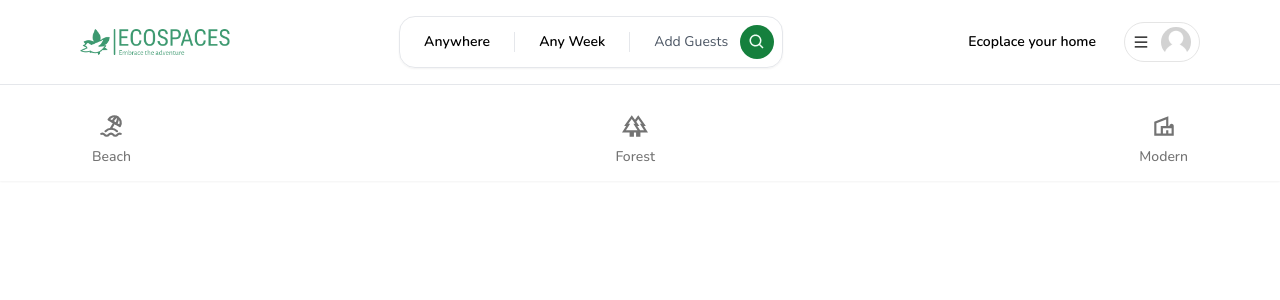
Repository: LubegaH/Ecospaces
Page: /
The author's editor kept a copy of each file at every save. The page is drawn from the files as they stood at one save, then again after the next save.
The browser window is 1280 px wide. The pictures show the whole page.
The page's requests for data from a server got no answer. The project was rebuilt for these pictures with package versions that can differ from the ones it lists, and the page was loaded fresh each time. The framework's server and built-in components were replaced by stand-ins that run in the browser. No one was signed in, and anything a server would have sent is missing. Also part of the build but not shown: next.config.js, app/components/nabar/MenuItem.tsx, app/components/Button.tsx, app/components/modals/Modal.tsx, app/components/Heading.tsx, app/components/input/Input.tsx.

Above is the page before, as saved 2023-08-11 18:59:30.

### app/layout.tsx
import './globals.css';
import { Nunito } from 'next/font/google';
import React from 'react';
import Navbar from '@/app/components/nabar/Navbar';
import ClientOnly from '@/app/components/ClientOnly';
import RegisterModel from '@/app/components/modals/RegisterModel';
import Modal from '@/app/components/modals/Modal';
import ToasterProvider from './providers/ToasterProvider';
import LoginModel from './components/modals/LoginModel';
import getCurrentUser from './actions/getCurrentUser';

const nunito = Nunito({ subsets: ['latin'] });

export const metadata = {
  title: 'Ecospaces',
  description: 'The quickest way to find lodges',
};

export default async function RootLayout({
  children,
}: {
  children: React.ReactNode;
}) {
  const currentUser = await getCurrentUser();
  return (
    <html lang='en'>
      <body className={nunito.className}>
        <ClientOnly>
          {/*<Modal title={'Hello World'} isOpen actionLabel="Sign In"/>*/}
          <ToasterProvider />
          <RegisterModel />
          <LoginModel />
          <Navbar currentUser={currentUser} />
        </ClientOnly>

        {children}
      </body>
    </html>
  );
}

### app/components/nabar/Navbar.tsx
'use client';
import Container from '../Container';
import Logo from '@/app/components/nabar/Logo';
import Search from '@/app/components/nabar/Search';
import UserMenu from '@/app/components/nabar/UserMenu';
import { SafeUser } from '@/app/types';
import Categories from './Categories';

interface NavbarProps {
  currentUser?: SafeUser | null;
}

const Navbar: React.FC<NavbarProps> = ({ currentUser }) => {
  return (
    <div className='fixed w-full bg-white z-10 shadow-sm'>
      <div className='py-4 border-b-[1px]'>
        <Container>
          <div
            className='
                    flex
                    flex-row
                    items-center
                    justify-between
                    gap-3
                    md:gap-0'
          >
            <Logo />
            <Search />
            <UserMenu currentUser={currentUser} />
          </div>
        </Container>
      </div>
      <Categories />
    </div>
  );
};

export default Navbar;

### app/components/ClientOnly.tsx
'use client';

import React, {useEffect, useState} from "react";

interface ClientOnlyProps{
    children: React.ReactNode;
}

const ClientOnly: React.FC<ClientOnlyProps> = ({children}) => {
    const [hasMounted, setHasMounted] = useState(false)

    useEffect(() => {
        setHasMounted(true)
    }, []);

    if(!hasMounted) {
        return null;
    }
    return(
        <>
            {children}
        </>
    )
}

export default ClientOnly

### app/components/modals/RegisterModel.tsx
'use client';

/**
 * RegisterModel Component
 *
 * A component for the registration modal in the application.
 *
 * Props:
 * - None
 *
 * Usage:
 * ```tsx
 * <RegisterModel />
 * ```
 */

import axios from 'axios';
import { AiFillGithub } from 'react-icons/ai';
import { FcGoogle } from 'react-icons/fc';
import { useState, useCallback } from 'react';
import {
  FieldValue,
  FieldValues,
  SubmitHandler,
  useForm,
} from 'react-hook-form';
import useRegisterModal from '@/app/hooks/useRegisterModal';
import Modal from './Modal';
import Heading from '../Heading';
import Input from '../input/Input';
import { toast } from 'react-hot-toast';
import Button from '../Button';
import { signIn } from 'next-auth/react';

/**
 * RegisterModel Component
 *
 * A component for the registration modal in the application.
 *
 * @returns The RegisterModel component.
 */

const RegisterModel = () => {
  const registerModal = useRegisterModal();
  const [isLoading, setIsLoading] = useState(false);

  /**
   * React Hook Form configuration
   */
  const {
    register,
    handleSubmit,
    formState: { errors },
  } = useForm<FieldValues>({
    defaultValues: {
      name: '',
      email: '',
      password: '',
    },
  });

  /**
   * Form submission handler
   *
   * @param data - The form data submitted by the user.
   */
  const onSubmit: SubmitHandler<FieldValues> = (data) => {
    setIsLoading(true);
    axios
      .post('/api/register', data)
      .then(() => {
        // Registration successful
        registerModal.onClose();
      })
      .then(() => {
        registerModal.onClose();
      })
      .catch((error) => {
        // Error occurred during registration
        toast.error('Oops! Something went wrong...');
      })
      .finally(() => {
        // Reset loading state
        setIsLoading(false);
      });
  };

  /**
   * JSX content for the modal body
   */
  const bodyContent = (
    <div className='flex flex-col gap-4'>
      <Heading title='Welcome to Ecospaces' subtitle='Create an account' />
      <Input
        id='email'
        register={register}
        label='Email'
        disabled={isLoading}
        errors={errors}
        required
      />
      <Input
        id='name'
        register={register}
        label='Name'
        disabled={isLoading}
        errors={errors}
        required
      />
      <Input
        id='password'
        type='password'
        register={register}
        label='Password'
        disabled={isLoading}
        errors={errors}
        required
      />
    </div>
  );

  const footerContent = (
    <div className='flex flex-col gap-4 mt-3'>
      <hr />
      {/* TODO: Fix github-auth error */}
      <Button
        outline
        label='Continue with Google'
        icon={FcGoogle}
        onClick={() => signIn('google')}
      />
      {/* TODO: Fix google-auth error */}
      <Button
        outline
        label='Continue with Github'
        icon={AiFillGithub}
        onClick={() => signIn('github')}
      />
      <div className='text-neutral-500 text-center mt-4 font-light'>
        <div className='flex flex-row items-center gap-2 justify-center'>
          <div>Already have an account?</div>
          <div
            onClick={registerModal.onClose}
            className='text-green-700 cursor-pointer hover:underline font-semibold'
          >
            Log in
          </div>
        </div>
      </div>
    </div>
  );

  return (
    <Modal
      isOpen={registerModal.isOpen}
      disabled={isLoading}
      title='Register'
      actionLabel='Continue'
      onClose={registerModal.onClose}
      onSubmit={handleSubmit(onSubmit)}
      body={bodyContent}
      footer={footerContent}
    />
  );
};

export default RegisterModel;

### app/components/modals/LoginModel.tsx
'use client';

import axios from 'axios';
import { AiFillGithub } from 'react-icons/ai';
import { FcGoogle } from 'react-icons/fc';
import { useState, useCallback } from 'react';
import {
  FieldValue,
  FieldValues,
  SubmitHandler,
  useForm,
} from 'react-hook-form';
import useRegisterModal from '@/app/hooks/useRegisterModal';
import useLoginModel from '@/app/hooks/useLoginModal';
import Modal from './Modal';
import Heading from '../Heading';
import Input from '../input/Input';
import { toast } from 'react-hot-toast';
import Button from '../Button';
import { signIn } from 'next-auth/react';
import { useRouter } from 'next/navigation';

/**
 * LoginModel Component
 *
 * A component for the registration modal in the application.
 *
 * @returns The LoginModel component.
 */

const LoginModel = () => {
  const registerModal = useRegisterModal();
  const loginModal = useLoginModel();
  const [isLoading, setIsLoading] = useState(false);
  const router = useRouter();

  /**
   * React Hook Form configuration
   */
  const {
    register,
    handleSubmit,
    formState: { errors },
  } = useForm<FieldValues>({
    defaultValues: {
      email: '',
      password: '',
    },
  });

  /**
   * Form submission handler
   *
   * @param data - The form data submitted by the user.
   */
  const onSubmit: SubmitHandler<FieldValues> = (data) => {
    setIsLoading(true);

    signIn('credentials', {
      ...data,
      redirect: false,
    }).then((callback) => {
      setIsLoading(false);

      if (callback?.ok) {
        toast.success('You are in!');
        router.refresh();
        loginModal.onClose();
      }

      if (callback?.error) {
        toast.error(callback.error);
      }
    });
  };

  /**
   * JSX content for the modal body
   */
  const bodyContent = (
    <div className='flex flex-col gap-4'>
      <Heading
        title='Happy to see you back!'
        subtitle='Login to your account'
      />
      <Input
        id='email'
        register={register}
        label='Email'
        disabled={isLoading}
        errors={errors}
        required
      />
      <Input
        id='password'
        type='password'
        register={register}
        label='Password'
        disabled={isLoading}
        errors={errors}
        required
      />
    </div>
  );

  const footerContent = (
    <div className='flex flex-col gap-4 mt-3'>
      <hr />
      <Button
        outline
        label='Continue with Google'
        icon={FcGoogle}
        onClick={() => signIn('google')}
      />
      <Button
        outline
        label='Continue with Github'
        icon={AiFillGithub}
        onClick={() => signIn('github')}
      />
      <div className='text-neutral-500 text-center mt-4 font-light'>
        <div className='flex flex-row items-center gap-2 justify-center'>
          <div>Already have an account?</div>
          <div
            onClick={registerModal.onClose}
            className='text-green-700 cursor-pointer hover:underline font-semibold'
          >
            Log in
          </div>
        </div>
      </div>
    </div>
  );

  return (
    <Modal
      isOpen={loginModal.isOpen}
      disabled={isLoading}
      title='Login'
      actionLabel='Continue'
      onClose={loginModal.onClose}
      onSubmit={handleSubmit(onSubmit)}
      body={bodyContent}
      footer={footerContent}
    />
  );
};

export default LoginModel;

### app/actions/getCurrentUser.ts
import { getServerSession } from 'next-auth/next';
import { authOptions } from '@/pages/api/auth/[...nextauth]';
import prisma from '@/app/libs/prismadb';

export async function getSession() {
  return await getServerSession(authOptions);
}

export default async function getCurrentUser() {
  try {
    const session = await getSession();

    if (!session?.user?.email) {
      return null;
    }

    const currentUser = await prisma.user.findUnique({
      where: {
        email: session.user.email as string,
      },
    });

    if (!currentUser) {
      return null;
    }
    return {
      ...currentUser,
      createdAt: currentUser.createdAt.toISOString(),
      updatedAt: currentUser.updatedAt.toISOString(),
      emailVerified: currentUser.emailVerified?.toISOString() || null,
    };
  } catch (error: any) {
    return null;
  }
}

### app/components/Container.tsx
'use client';

import React from "react";

interface ContainerProps {
    children: React.ReactNode
}
const Container: React.FC<ContainerProps> = ({children}) => {
    return (
        <div className="max-w-[2520px]
        mx-auto
        xl:px-20
        md:px-10
        sm:px-2
        px-4"> {children}</div>
    )
}

export default Container;

### app/components/nabar/Logo.tsx
'use client'

import Image from 'next/image'
import {useRouter} from "next/navigation";

const Logo = () => {
    const router = useRouter()

    return (
        <Image
            src="/images/ecospace_logo.png"
            alt="Logo"
            className="hidden md:block cursor-pointer"
            width="150"
            height="150"
        />
    )
}

export default Logo

### app/components/nabar/Search.tsx
'use client'

import {BiSearch} from "react-icons/bi";

const Search = () => {

    return (
        <div className="
        border-[1px]
        w-full
        md:w-auto
        py-2
        rounded-2xl
        shadow-sm
        hover:shadow-md
        transition
        cursor-pointer">

            <div className="flex flex-row items-center justify-between">
                <div className="text-sm font-semibold px-6">Anywhere</div>
                <div className="
                hidden
                sm:block
                text-sm
                font-semibold
                px-6
                border-x-[1px]
                flex-1
                text-center">
                    Any Week
                </div>
                <div className="
                text-sm
                pl-6
                pr-2
                text-gray-600
                flex
                flex-row
                items-center
                gap-3">
                    <div className="hidden sm:block">Add Guests</div>
                    <div className="p-2 bg-green-700 rounded-full text-green-50">
                        <BiSearch size={18}/>
                    </div>
                </div>
            </div>
        </div>
    );
}

export default Search

### app/components/nabar/UserMenu.tsx
'use client';

import { AiOutlineMenu } from 'react-icons/ai';
import Avatar from '@/app/components/Avatar';
import React, { useCallback, useState } from 'react';
import MenuItem from '@/app/components/nabar/MenuItem';
import useRegisterModel from '@/app/hooks/useRegisterModal';
import useLoginModel from '@/app/hooks/useLoginModal';
import { signOut } from 'next-auth/react';
import { SafeUser } from '@/app/types';

interface UserMenuProps {
  currentUser?: SafeUser | null;
}

const UserMenu: React.FC<UserMenuProps> = ({ currentUser }) => {
  const [isOpen, setIsOpen] = useState(false);
  const regiserModal = useRegisterModel();
  const loginModal = useLoginModel();

  const toggleOpen = useCallback(() => {
    setIsOpen((value) => !value);
  }, []);

  return (
    <div className='relative'>
      <div className='flex flex-row items-center gap-3'>
        <div
          className='
                hidden
                md:block
                text-sm
                font-semibold
                py-3
                px-4
                rounded-full
                hover:bg-neutral-100
                transition
                cursor-pointer'
          onClick={() => {}}
        >
          Ecoplace your home
        </div>
        <div
          onClick={toggleOpen}
          className='
                p-4
                md:py-1
                md:px-2
                border-[1px]
                border-neutral-200
                flex
                flex-row
                items-center
                gap-3
                rounded-full
                cursor-pointer
                hover:shadow-md
                transtion'
        >
          <AiOutlineMenu />
          <div className='hidden md:block'>
            <Avatar src={currentUser?.image} />
          </div>
        </div>
      </div>
      {isOpen && (
        <div
          className='
                absolute
                rounded-xl
                shadow-md
                w-[40vw]
                md:w-3/4
                bg-white
                overflow-hidden
                right-0
                top-12
                text-sm'
        >
          <div className='flex flex-col cursor-pointer'>
            {currentUser ? (
              <>
                <MenuItem onClick={() => {}} label='My trips' />
                <MenuItem onClick={() => {}} label='My favorites' />
                <MenuItem onClick={() => {}} label='My reservations' />
                <MenuItem onClick={() => {}} label='My properties' />
                <MenuItem onClick={() => {}} label='Ecoplace my home' />
                <hr />
                <MenuItem onClick={() => signOut()} label='Logout' />
              </>
            ) : (
              <>
                <MenuItem onClick={loginModal.onOpen} label='Login' />
                <MenuItem onClick={regiserModal.onOpen} label='Sign Up' />
              </>
            )}
          </div>
        </div>
      )}
    </div>
  );
};

export default UserMenu;

### app/components/nabar/Categories.tsx
import Container from '../Container';
import { TbBeach } from 'react-icons/tb';

import { MdOutlineVilla } from 'react-icons/md';
import { MdOutlineForest } from 'react-icons/md';

import CategoryBox from '../CategoryBox';
import { usePathname, useSearchParams } from 'next/navigation';

export const categories = [
  {
    label: 'Beach',
    icon: TbBeach,
    description: 'Close to the beach, you will enjoy the breeze',
  },
  {
    label: 'Forest',
    icon: MdOutlineForest,
    description: 'Interesting property with a windmill',
  },
  {
    label: 'Modern',
    icon: MdOutlineVilla,
    description: 'Modern villa for the 21st century',
  },
];

const Categories = () => {
  const params = useSearchParams();
  const category = params?.get('category');
  const pathName = usePathname();

  const isMainPage = pathName === '/';
  if (!isMainPage) {
    return null;
  }

  return (
    <Container>
      <div
        className='
            pt-4
            flex
            flex-row
            items-center
            justify-between
            overflow-x-auto
        '
      >
        {categories.map((item) => (
          <CategoryBox
            key={item.label}
            label={item.label}
            selected={category === item.label}
            icon={item.icon}
          />
        ))}
      </div>
    </Container>
  );
};

export default Categories;

### app/hooks/useRegisterModal.ts
import { create } from 'zustand';

interface RegisterModelStore {
  isOpen: boolean;
  onOpen: () => void;
  onClose: () => void;
}

const useRegisterModel = create<RegisterModelStore>((set) => ({
  isOpen: false,
  onOpen: () => set({ isOpen: true }),
  onClose: () => set({ isOpen: false }),
}));

export default useRegisterModel;

### app/hooks/useLoginModal.ts
import { create } from 'zustand';

interface LoginModelStore {
  isOpen: boolean;
  onOpen: () => void;
  onClose: () => void;
}

const useLoginModel = create<LoginModelStore>((set) => ({
  isOpen: false,
  onOpen: () => set({ isOpen: true }),
  onClose: () => set({ isOpen: false }),
}));

export default useLoginModel;

### pages/api/auth/[...nextauth].ts
/**
 * Authentication Options and Configuration
 *
 * This module contains the authentication options and configuration for NextAuth.js.
 * It sets up various authentication providers, such as Google, GitHub, and Credentials (local).
 * Additionally, it defines an authorization function for the Credentials provider to handle local user authentication.
 * The authentication options and configuration are exported and used in the main NextAuth.js configuration file.
 */

import { PrismaAdapter } from '@next-auth/prisma-adapter';
import NextAuth, { AuthOptions } from 'next-auth';
import GoogleProvider from 'next-auth/providers/google';
import CredentialsProvider from 'next-auth/providers/credentials';
import GithubProvider from 'next-auth/providers/google';
import bcrypt from 'bcrypt';

import prisma from '@/app/libs/prismadb';

/**
 * Authentication Options and Configuration
 *
 * The `authOptions` object defines the authentication configuration for NextAuth.js.
 *
 * @property {PrismaAdapter} adapter - The PrismaAdapter instance to handle user authentication and session management with Prisma.
 * @property {Array} providers - An array of authentication providers used for user login (Google, GitHub, Credentials).
 * @property {Object} pages - Custom pages for authentication (signIn, signOut, error).
 * @property {boolean} debug - Whether to enable debug mode in development.
 * @property {Object} session - Session configuration options (strategy).
 * @property {string} secret - The secret used to sign and encrypt cookies (NEXTAUTH_SECRET environment variable).
 */

export const authOptions: AuthOptions = {
  adapter: PrismaAdapter(prisma),
  providers: [
    GithubProvider({
      clientId: process.env.GITHUB_ID as string,
      clientSecret: process.env.GITHUB_SECRET as string,
    }),
    GoogleProvider({
      clientId: process.env.GOOGLE_CLIENT_ID as string,
      clientSecret: process.env.GOOGLE_CLIENT_SECRET as string,
    }),
    CredentialsProvider({
      name: 'credentials',
      credentials: {
        email: { label: 'email', type: 'text' },
        password: { label: 'password', type: 'password' },
      },
      async authorize(credentials, req) {
        // Custom authorization function for the Credentials provider
        if (!credentials?.email || !credentials?.password) {
          throw new Error('Email and password do not match');
        }

        const user = await prisma.user.findUnique({
          where: {
            email: credentials.email,
          },
        });
        if (!user || !user?.hashedPassword) {
          throw new Error('Invalid credentials or user does not exist!');
        }
        const isCorrectPassword = await bcrypt.compare(
          credentials.password,
          user.hashedPassword
        );
        if (!isCorrectPassword) {
          throw new Error('Invalid Password');
        }
        return user;
      },
    }),
  ],
  pages: {
    signIn: '/', // Custom sign-in page
  },
  debug: process.env.NODE_ENV === 'development',
  session: {
    strategy: 'jwt', // Session strategy using JWT
  },
  secret: process.env.NEXTAUTH_SECRET, // Secret used to sign and encrypt cookies
};

export default NextAuth(authOptions);

### app/components/Avatar.tsx
'use client';
import Image from 'next/image';

interface AvatarProps {
  src: string | null | undefined;
}

const Avatar: React.FC<AvatarProps> = ({ src }) => {
  return (
    <Image
      className='rounded-full'
      height='30'
      width='30'
      src={src || '/images/placeholder.jpg'}
      alt='Avatar'
    />
  );
};

export default Avatar;

### app/components/CategoryBox.tsx
import { useRouter, useSearchParams } from 'next/navigation';
import { useCallback } from 'react';
import { IconType } from 'react-icons';
import qs from 'query-string';

interface CategoryBoxProps {
  icon: IconType;
  label: string;
  selected?: boolean;
}

const CategoryBox: React.FC<CategoryBoxProps> = ({
  icon: Icon,
  label,
  selected,
}) => {
  const router = useRouter();
  const params = useSearchParams();

  const handleClick = useCallback(() => {
    let currentQuery = {};

    if (params) {
      currentQuery = qs.parse(params.toString());
    }
    const updatedQuery: any = {
      ...currentQuery,
      category: label,
    };

    if (params?.get(`category`) === label) {
      delete updatedQuery.category;
    }

    const url = qs.stringifyUrl(
      {
        url: '/',
        query: updatedQuery,
      },
      { skipNull: true }
    );
    router.push(url);
  }, [label, params, router]);

  return (
    <div
      onClick={handleClick}
      className={`flex flex-col items-center justify-center gap-2 p-3 border-b-2 hover:text-neutral-800 transition cursor-pointer ${
        selected ? 'border-b-neutral-800' : 'border-transparent'
      } ${selected ? 'text-neutral-800' : 'text-neutral-500'}`}
    >
      <Icon size={26} />
      <div className='font-medium text-sm'>{label}</div>
    </div>
  );
};

export default CategoryBox;

Loaded but not shown: app/page.tsx (common file); app/globals.css (common file); app/providers/ToasterProvider.tsx (common file); app/libs/prismadb.ts (common file); tailwind.config.js (common file)

After the next save:
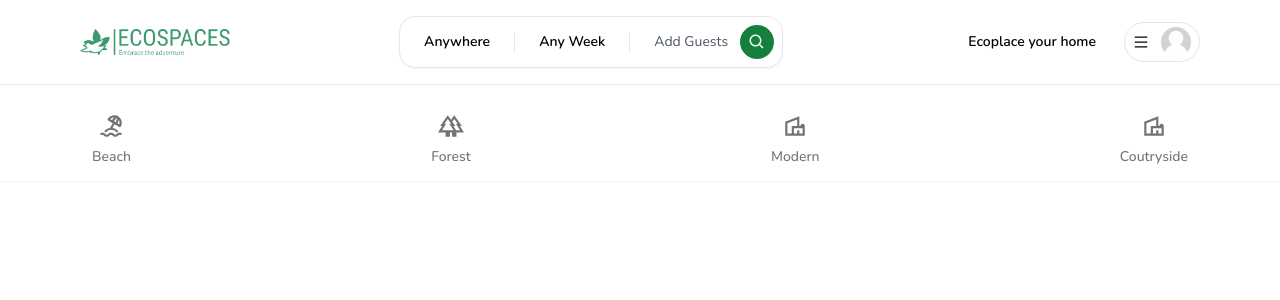
Saved 2 min 21 s later.
--- a/app/components/nabar/Categories.tsx
+++ b/app/components/nabar/Categories.tsx
@@ -20,6 +20,11 @@ export const categories = [
   },
   {
     label: 'Modern',
+    icon: MdOutlineVilla,
+    description: 'Modern villa for the 21st century',
+  },
+  {
+    label: 'Coutryside',
     icon: MdOutlineVilla,
     description: 'Modern villa for the 21st century',
   },
